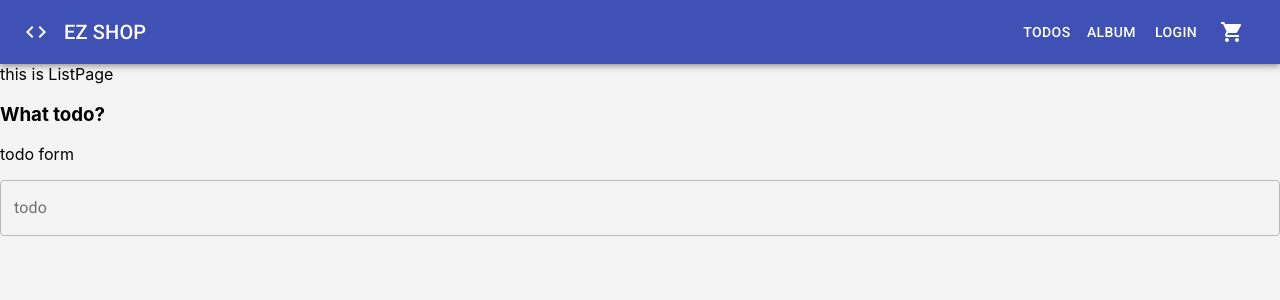
Repository: anhmuoi/learn-reactjs
Page: /todos
The author's editor kept a copy of each file at every save. The page is drawn from the files as they stood at one save, then again after a run of saves.
The browser window is 1280 px wide. The pictures show the whole page.
The project was rebuilt for these pictures with package versions that can differ from the ones it lists, and the page was loaded fresh each time. Also part of the build but not shown: src/components/form-controls/PasswordField/index.js, src/features/Auth/components/LoginForm/index.jsx, src/features/Auth/components/Login/index.jsx, src/features/Auth/components/RegisterForm/index.jsx, src/features/Auth/components/Register/index.jsx, src/features/Cart/index.jsx, src/components/NotFound/index.js, src/api/productApi.js and 24 more. Imported but missing from the stored project, and not drawn on this page: src/features/Product/components/ProductAdditional.jsx, src/features/Product/components/ProductReviews.jsx.

Above is the page before, as saved 2021-09-25 16:18:19.

After the next 6 saves:
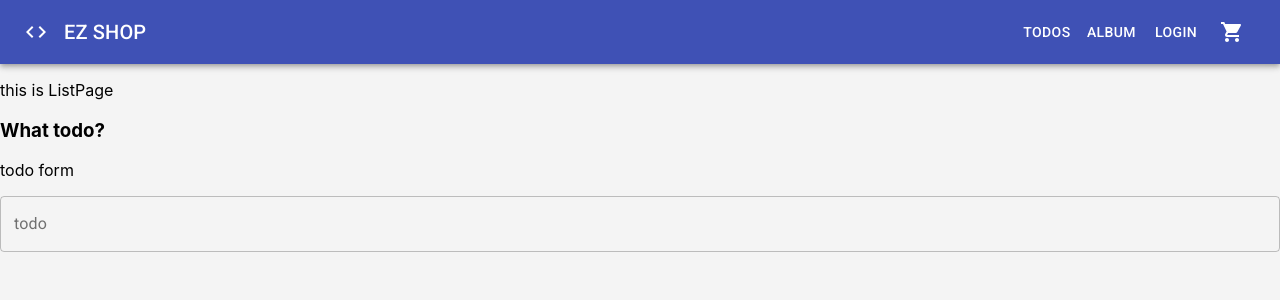
The 6 saves are shown as one change because 2 did not build or start and some came seconds apart.
The last was saved 42 s later.
--- a/src/features/Todo/index.jsx
+++ b/src/features/Todo/index.jsx
@@ -1,6 +1,7 @@
 import React from 'react';
 import { Route, Switch, useRouteMatch } from 'react-router-dom';
 import NoteFound from '../../components/NotFound';
+import TodoList from './components/TodoList/index.jsx';
 import DetailPage from './pages/DetailPage';
 import ListPage from './pages/ListPage';
 
@@ -29,6 +30,9 @@ function TodoFeature(props) {
     const match = useRouteMatch();
     return (
         <div>
+
+        <TodoList/>
+
         <Switch>
             <Route path={match.path} component={ListPage} exact></Route>
             <Route path={`${match.path}/:todoId`} component={DetailPage} exact></Route>
